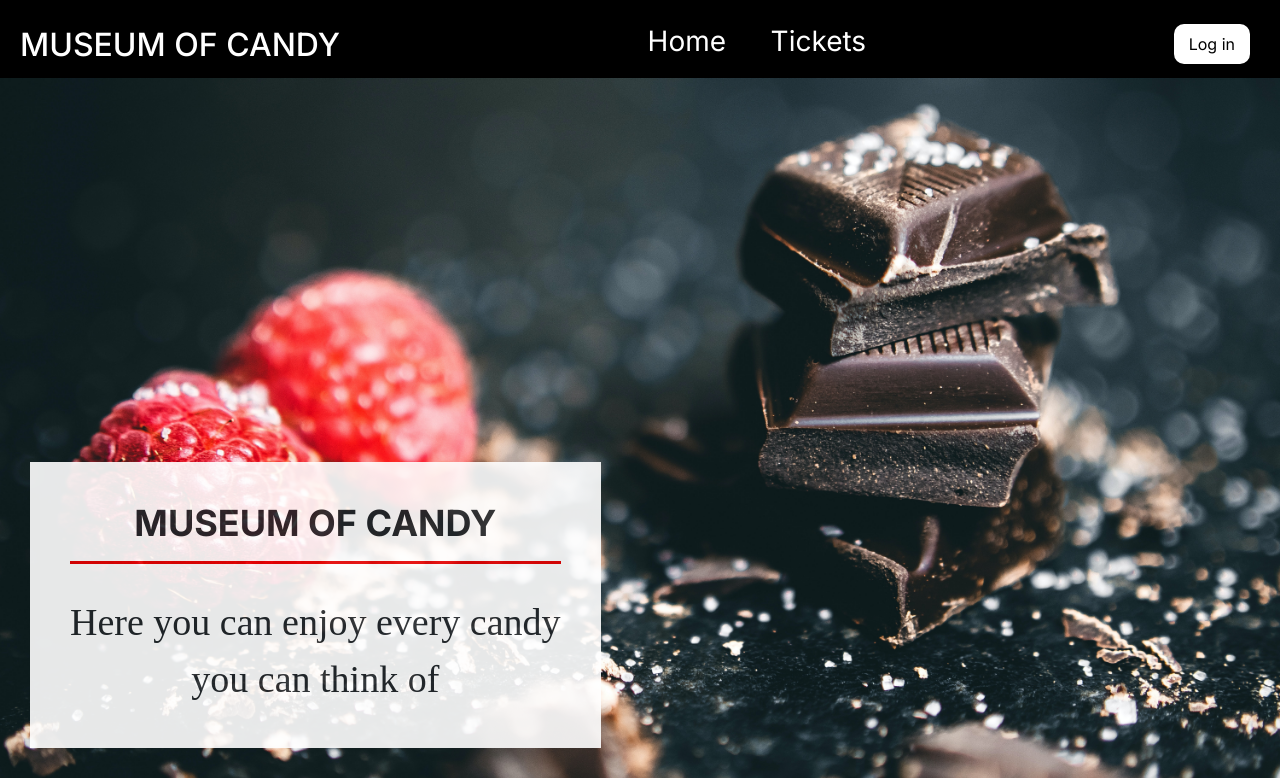
Repository: m-koparanova/MuseumOfCandy
Page: index.html
The author's editor kept a copy of each file at every save. The page is drawn from the files as they stood at one save, then again after the next save.
The browser window is 1280 px wide. The pictures show the whole page.
Some web fonts or font styles are not loaded; a fallback is used.

Above is the page before, as saved 2023-03-05 20:12:12.

After the next save:
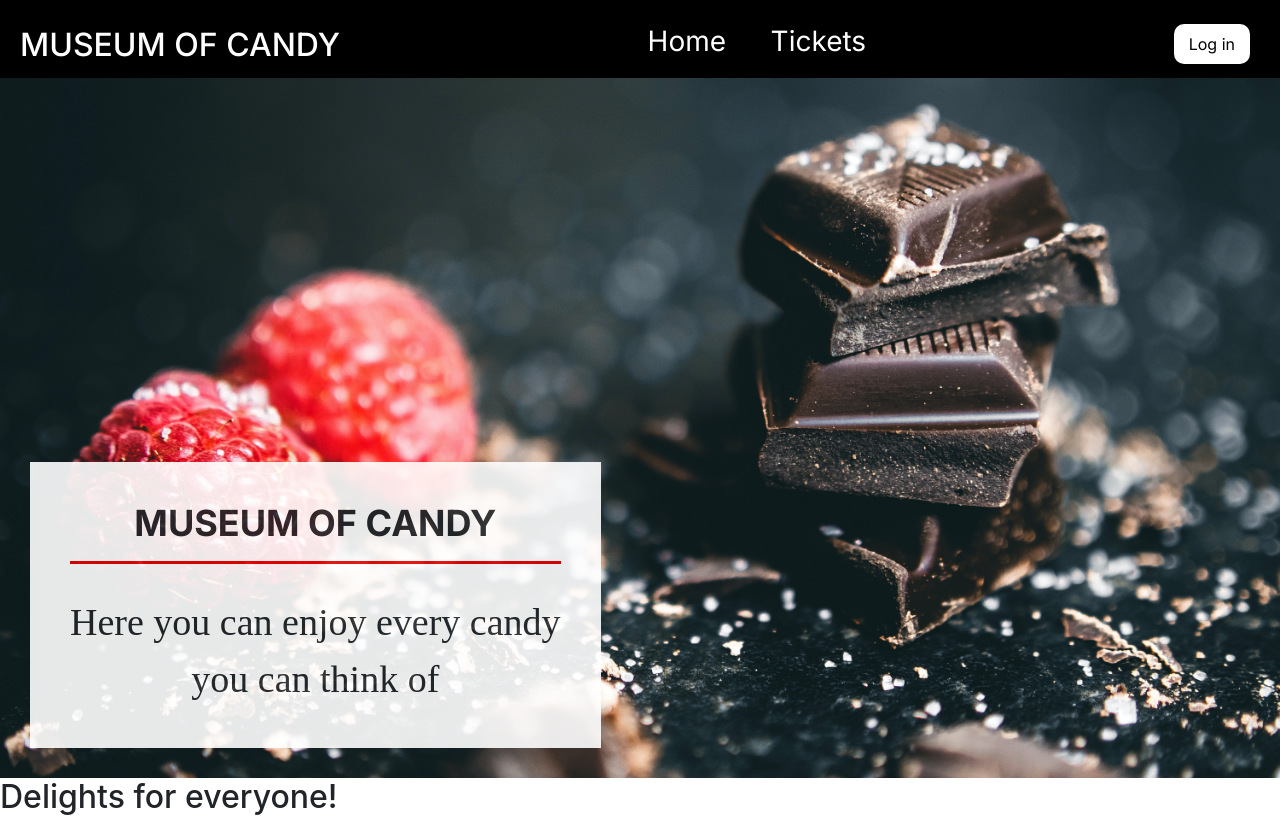
Saved 2 min 3 s later.
--- a/index.html
+++ b/index.html
@@ -32,7 +32,12 @@
                 <p>Here you can enjoy every candy<br>you can think of</p>
             </div>
         </div>
+
+        <div>
+            <h2>Delights for everyone!</h2>
+        </div>
     </tbody>
+
 
     <script src="https://cdn.jsdelivr.net/npm/jquery@3.5.1/dist/jquery.slim.min.js" integrity="sha384-DfXdz2htPH0lsSSs5nCTpuj/zy4C+OGpamoFVy38MVBnE+IbbVYUew+OrCXaRkfj" crossorigin="anonymous"></script>
     <script src="https://cdn.jsdelivr.net/npm/bootstrap@4.6.2/dist/js/bootstrap.bundle.min.js" integrity="sha384-Fy6S3B9q64WdZWQUiU+q4/2Lc9npb8tCaSX9FK7E8HnRr0Jz8D6OP9dO5Vg3Q9ct" crossorigin="anonymous"></script>
